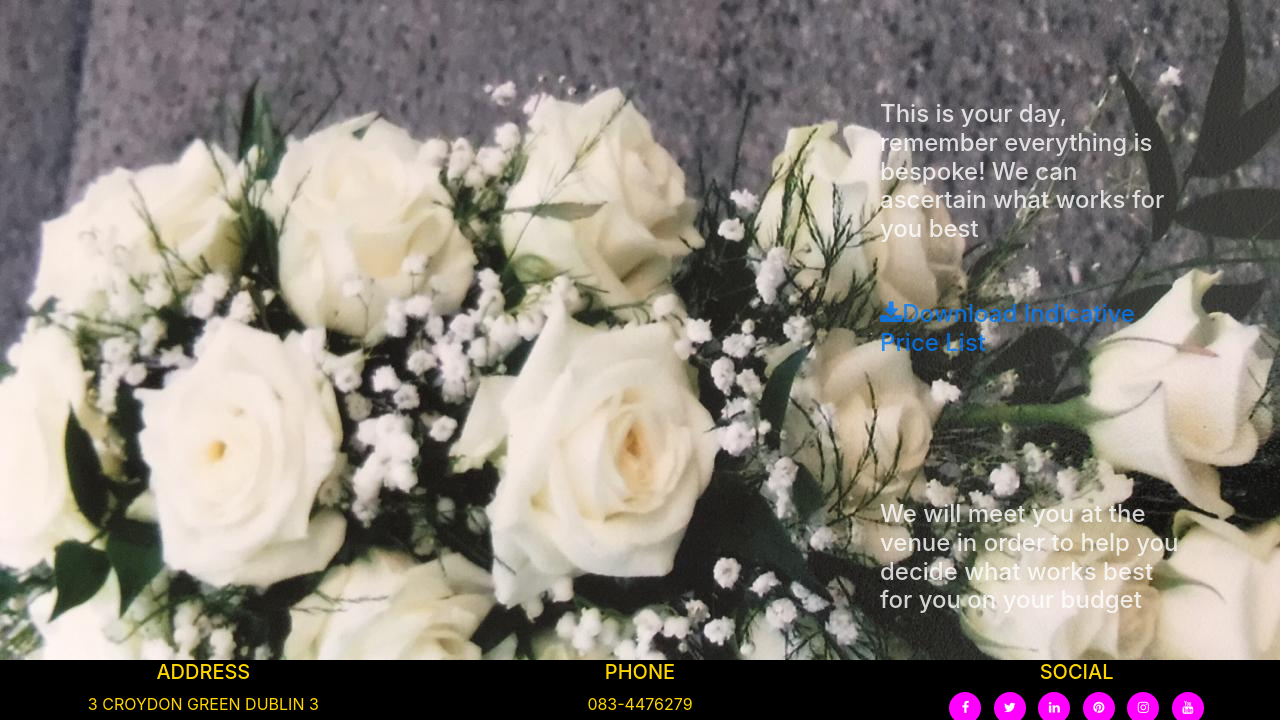
Repository: ConorTC1990/Flowers
Page: weddings.html
The author's editor kept a record of every edit. The page is drawn from the files as they stood at one moment, then again after the next edit.
The browser window is 1280 px wide. The pictures show the whole page.
Some web libraries are served in a nearby version.

Above is the page before.

After the next edit:
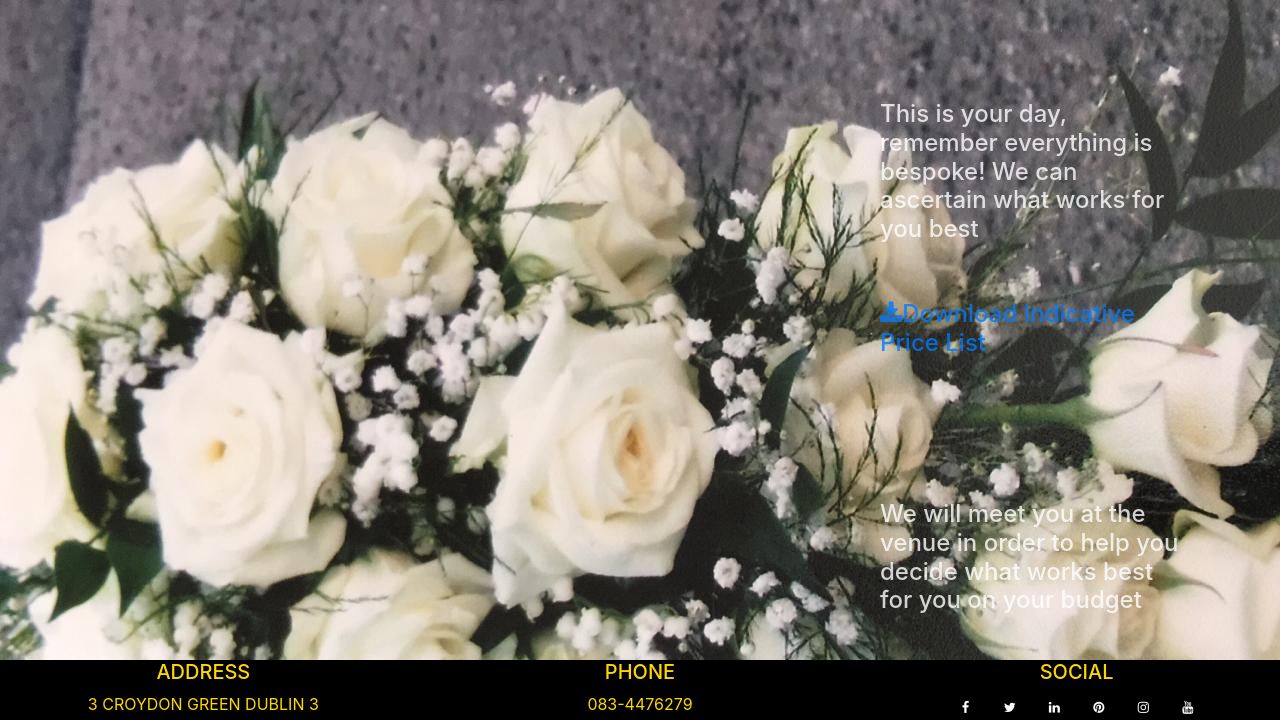
The edit:
--- a/assets/css/style.css
+++ b/assets/css/style.css
@@ -233,7 +233,7 @@
 	line-height: 7px;
 	text-align: center;
 	color: #fafafa;
-	background: magenta;
+	background: black;
 	transition: all 0.35s ease-in-out;
 	-moz-transition: all 0.35s ease-in-out;
 	-webkit-transition: all 0.35s ease-in-out;
